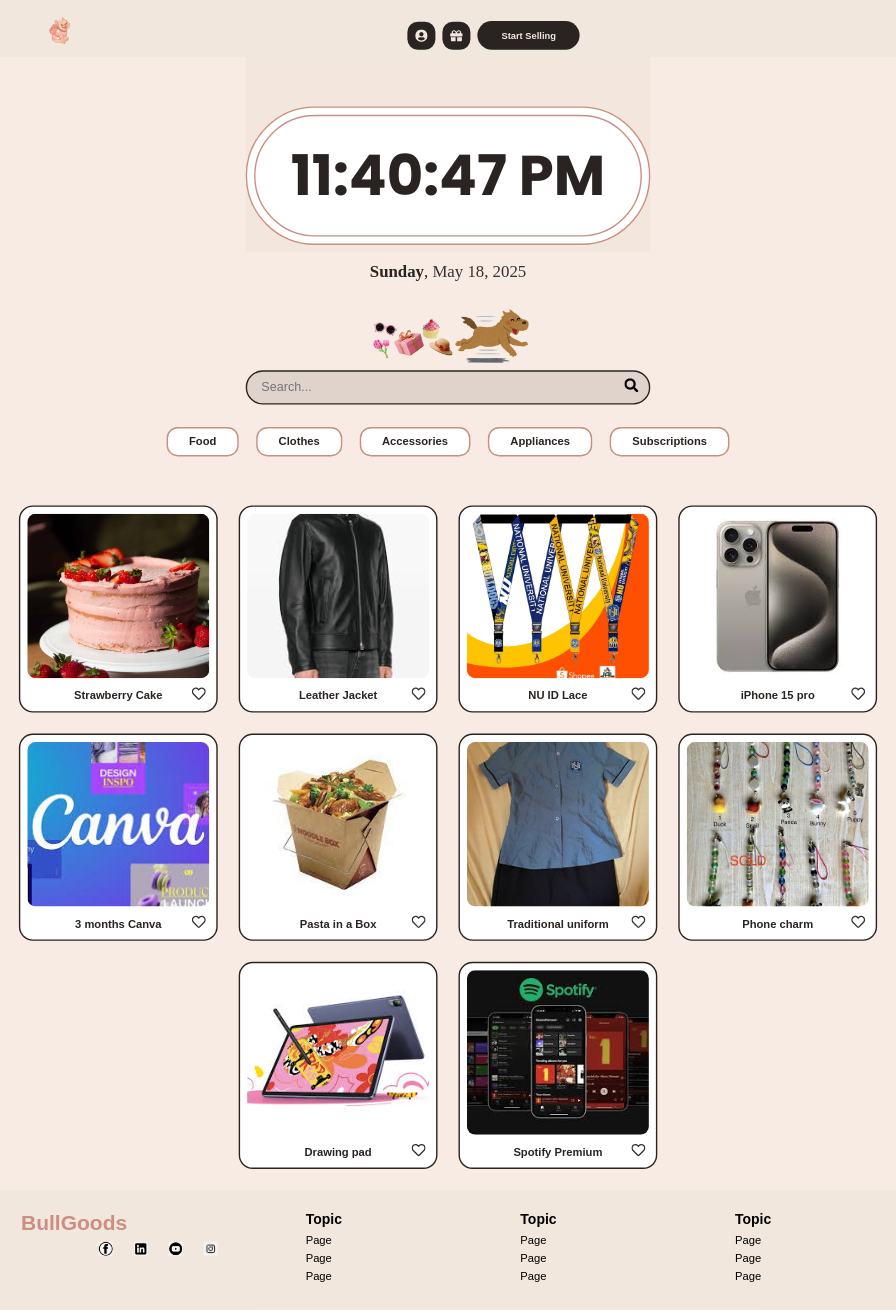
Repository: Yanayana-p/Bullgoods
Page: /firstpage (app in Bullgoodiez/)
An editor plug-in stored every save of this project. The page is shown before and after the next save, followed by the edit.
The browser window is 1280 px wide. The pictures show the whole page, at 70% of full size.
Some web fonts or font styles are not loaded; a fallback is used. The project was rebuilt for these pictures with package versions that can differ from the ones it lists, and the page was loaded fresh each time. Also part of the build but not shown: Bullgoodiez/vite.config.js, Bullgoodiez/src/components/Navbar.css, Bullgoodiez/src/components/Navbar.jsx, Bullgoodiez/src/components/Home.jsx, Bullgoodiez/src/components/Developers.css, Bullgoodiez/src/components/Developers.jsx, Bullgoodiez/src/components/Mission1.css, Bullgoodiez/src/components/Mission1.jsx and 16 more.

Above is the page before, as saved 2025-05-18 22:35:09.

After the next save:
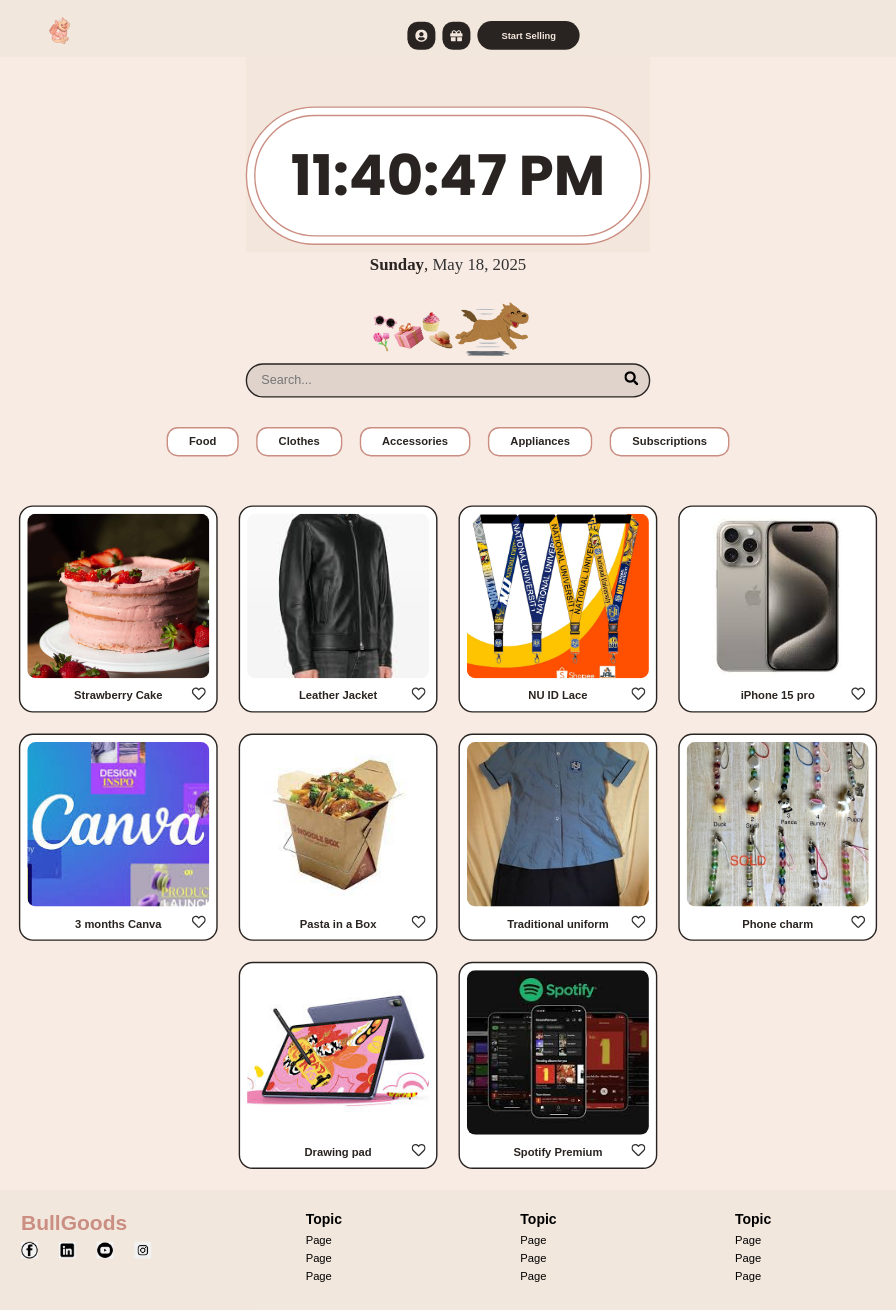
Saved 3 min 41 s later.
--- a/Bullgoodiez/src/adminlogin/alogin.css
+++ b/Bullgoodiez/src/adminlogin/alogin.css
@@ -1,62 +1,41 @@
 .admin-login-page {
   display: flex;
   height: 100vh;
-  background-color: #f6d4ca;
-  font-family: 'Arial', sans-serif;
-  margin: 0;
-  padding: 0;
 }
 
 .admin-left-panel {
   flex: 1;
-  padding: 60px 40px;
-  color: #1a1a1a;
+  background-color: #fcded6;
+  padding: 60px;
   display: flex;
   flex-direction: column;
   justify-content: center;
-  text-align: center;
-}
-
-.admin-left-panel h2 {
-  font-size: 24px;
-  font-weight: bold;
-  margin-bottom: 10px;
-}
-
-.admin-left-panel p {
-  font-size: 14px;
+  color: #333;
 }
 
 .admin-right-wrapper {
   flex: 1;
+  background-color: #f9f1eb;
   display: flex;
-  align-items: flex-start; /* Align to top */
   justify-content: center;
-  background-color: transparent; /* No background here */
-  position: relative;
+  align-items: center; /* Center vertically */
 }
 
 .admin-right-panel {
-  margin-top: 0;
-  background-color: #fdf4ef;
-  border-bottom-left-radius: 40px;
-  height: 100%;
-  width: 100%; /* Takes full space of wrapper */
-  max-width: 700px; /* ← Increase this to widen the rectangle */
-  padding: 60px 40px;
-  box-shadow: -5px 0 10px rgba(0, 0, 0, 0.05);
+  width: 100%;
+  max-width: 400px;
   display: flex;
   flex-direction: column;
   align-items: center;
+  padding: 40px;
+  background-color: white;
+  border-radius: 20px;
+  box-shadow: 0 5px 20px rgba(0, 0, 0, 0.1);
 }
 
 .logo {
   width: 50px;
-  margin-bottom: 10px;
-}
-
-h1 {
-  margin: 10px 0;
+  margin-bottom: 20px;
 }
 
 .login-form {
@@ -64,13 +43,10 @@
   display: flex;
   flex-direction: column;
   text-align: left;
-  max-width: 350px;
 }
 
 .login-form label {
-  font-size: 14px;
   margin-top: 15px;
-  color: #b07366;
 }
 
 .login-form input {
@@ -78,37 +54,35 @@
   margin-top: 5px;
   border-radius: 8px;
   border: 1px solid #ccc;
-  font-size: 14px;
 }
 
 .login-form button {
-  margin-top: 25px;
+  margin-top: 20px;
   padding: 12px;
-  background-color: #a3534a;
-  color: white;
   border: none;
   border-radius: 25px;
-  font-size: 16px;
+  background-color: #a94545;
+  color: white;
+  font-weight: bold;
   cursor: pointer;
 }
 
 .login-form button:hover {
-  background-color: #803c36;
+  background-color: #8b2d2d;
 }
 
 .connect-text {
-  margin: 20px 0 10px;
-  font-size: 12px;
-  color: #888;
+  margin-top: 25px;
+  font-size: 14px;
 }
 
 .social-icons {
   display: flex;
-  justify-content: center;
   gap: 15px;
+  margin-top: 10px;
 }
 
 .social-icons img {
-  width: 20px;
-  height: 20px;
+  width: 24px;
+  height: 24px;
 }

After the save that followed:
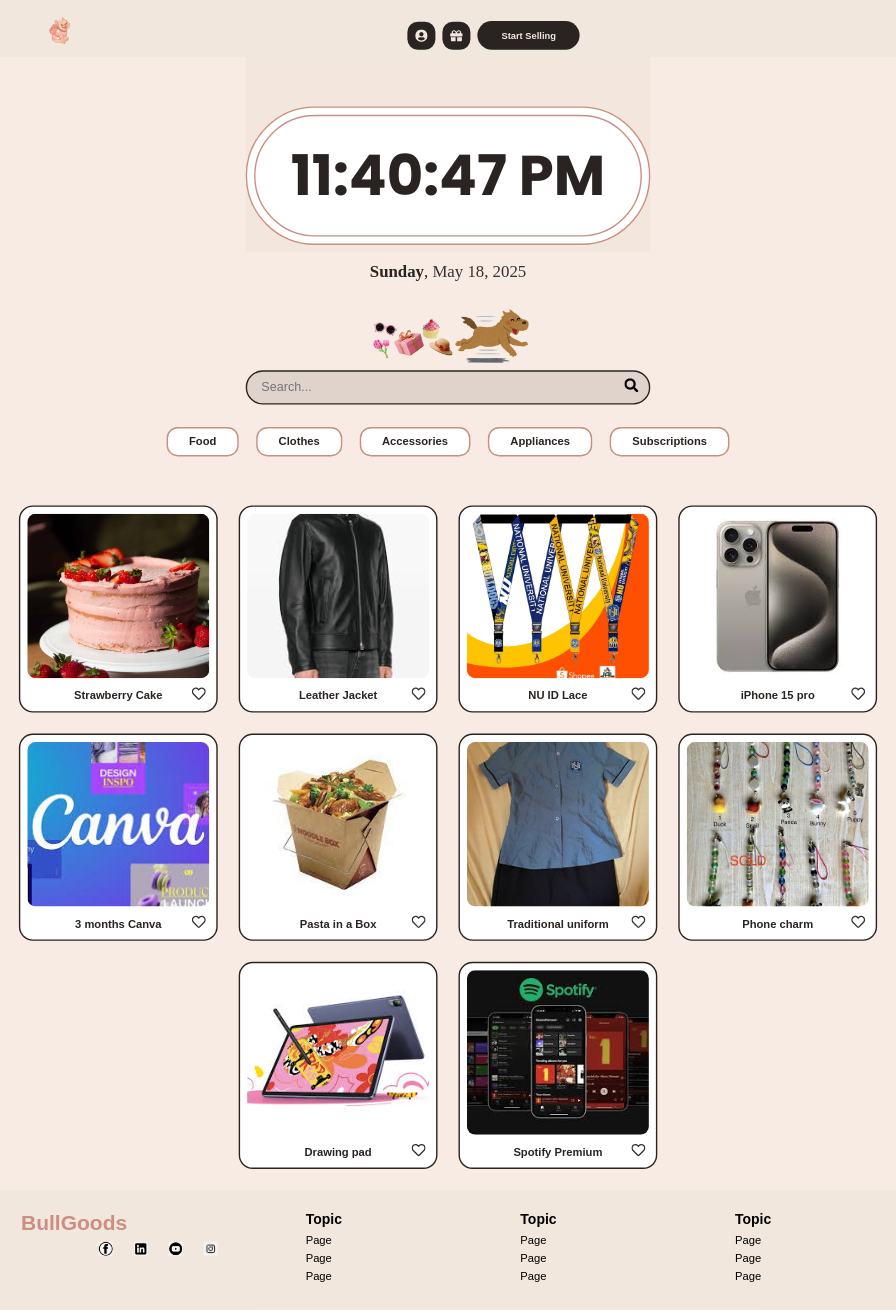
Saved 18 s later.
--- a/Bullgoodiez/src/adminlogin/alogin.css
+++ b/Bullgoodiez/src/adminlogin/alogin.css
@@ -1,41 +1,62 @@
 .admin-login-page {
   display: flex;
   height: 100vh;
+  background-color: #f6d4ca;
+  font-family: 'Arial', sans-serif;
+  margin: 0;
+  padding: 0;
 }
 
 .admin-left-panel {
   flex: 1;
-  background-color: #fcded6;
-  padding: 60px;
+  padding: 60px 40px;
+  color: #1a1a1a;
   display: flex;
   flex-direction: column;
   justify-content: center;
-  color: #333;
+  text-align: center;
+}
+
+.admin-left-panel h2 {
+  font-size: 24px;
+  font-weight: bold;
+  margin-bottom: 10px;
+}
+
+.admin-left-panel p {
+  font-size: 14px;
 }
 
 .admin-right-wrapper {
   flex: 1;
-  background-color: #f9f1eb;
   display: flex;
+  align-items: flex-start; /* Align to top */
   justify-content: center;
-  align-items: center; /* Center vertically */
+  background-color: transparent; /* No background here */
+  position: relative;
 }
 
 .admin-right-panel {
-  width: 100%;
-  max-width: 400px;
+  margin-top: 0;
+  background-color: #fdf4ef;
+  border-bottom-left-radius: 40px;
+  height: 100%;
+  width: 100%; /* Takes full space of wrapper */
+  max-width: 700px; /* ← Increase this to widen the rectangle */
+  padding: 60px 40px;
+  box-shadow: -5px 0 10px rgba(0, 0, 0, 0.05);
   display: flex;
   flex-direction: column;
   align-items: center;
-  padding: 40px;
-  background-color: white;
-  border-radius: 20px;
-  box-shadow: 0 5px 20px rgba(0, 0, 0, 0.1);
 }
 
 .logo {
   width: 50px;
-  margin-bottom: 20px;
+  margin-bottom: 10px;
+}
+
+h1 {
+  margin: 10px 0;
 }
 
 .login-form {
@@ -43,10 +64,13 @@
   display: flex;
   flex-direction: column;
   text-align: left;
+  max-width: 350px;
 }
 
 .login-form label {
+  font-size: 14px;
   margin-top: 15px;
+  color: #b07366;
 }
 
 .login-form input {
@@ -54,35 +78,37 @@
   margin-top: 5px;
   border-radius: 8px;
   border: 1px solid #ccc;
+  font-size: 14px;
 }
 
 .login-form button {
-  margin-top: 20px;
+  margin-top: 25px;
   padding: 12px;
+  background-color: #a3534a;
+  color: white;
   border: none;
   border-radius: 25px;
-  background-color: #a94545;
-  color: white;
-  font-weight: bold;
+  font-size: 16px;
   cursor: pointer;
 }
 
 .login-form button:hover {
-  background-color: #8b2d2d;
+  background-color: #803c36;
 }
 
 .connect-text {
-  margin-top: 25px;
-  font-size: 14px;
+  margin: 20px 0 10px;
+  font-size: 12px;
+  color: #888;
 }
 
 .social-icons {
   display: flex;
+  justify-content: center;
   gap: 15px;
-  margin-top: 10px;
 }
 
 .social-icons img {
-  width: 24px;
-  height: 24px;
+  width: 20px;
+  height: 20px;
 }
